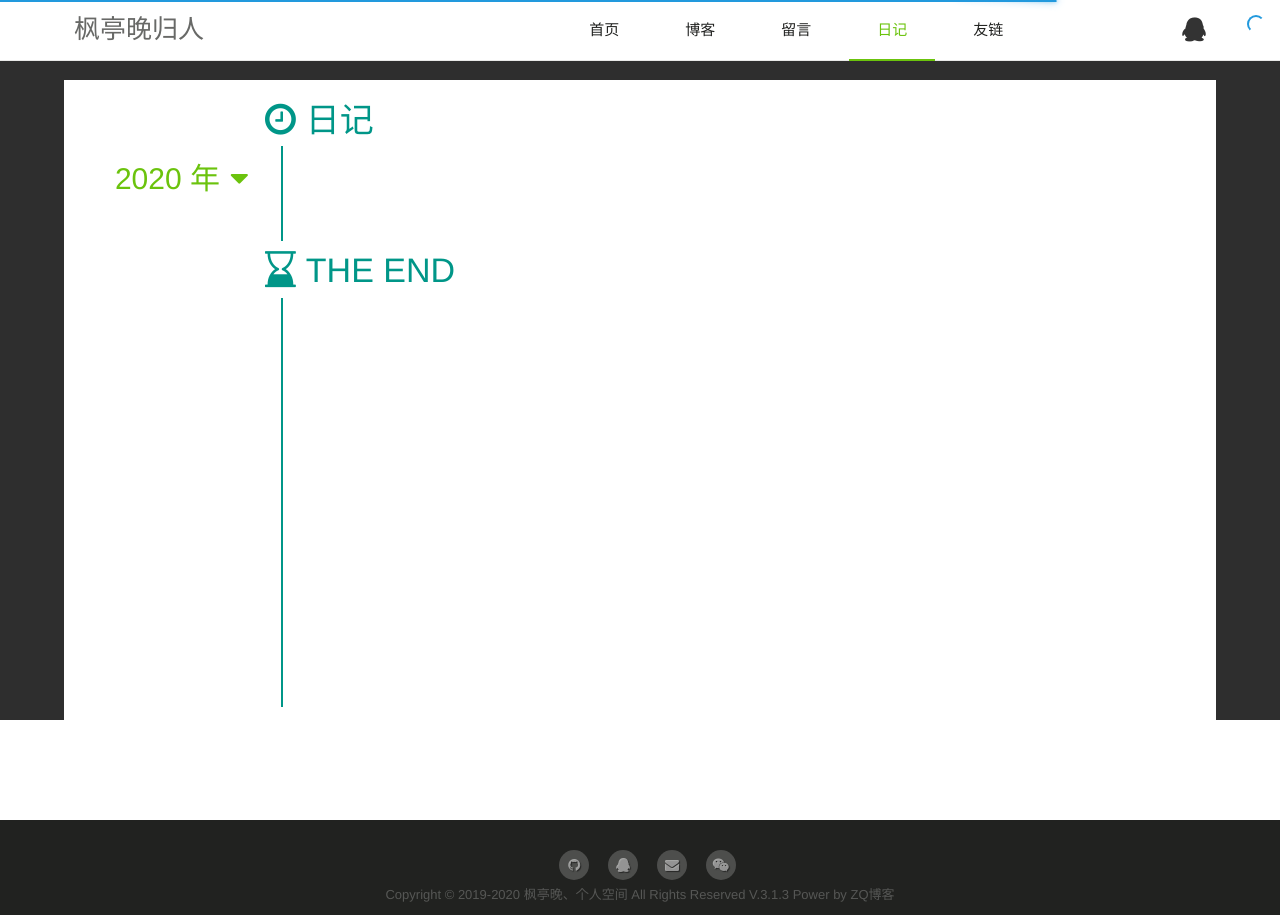
Repository: fengfi9/blog
Page: diary.html
These files come from the project's save history. The page is drawn as it stood at one moment and after the next save; the edit follows.
The browser window is 1280 px wide. The pictures show the whole page.

Above is the page before, as saved 2020-10-22 15:03:42.
Console error: SyntaxError: Unexpected token '<'

### diary.html
<!DOCTYPE html>
<html>

<head>
    <meta charset="utf-8" />
    <meta http-equiv="X-UA-Compatible" content="IE=edge,chrome=1" />
    <meta name="renderer" content="webkit">
    <meta name="viewport" content="width=device-width" />
    <meta name="author" content="www.lzqcode.com" />
    <meta name="robots" content="all" />
    <title>日记</title>
    <link rel="stylesheet" href="font-awesome/css/font-awesome.min.css">
    <link rel="stylesheet" href="layui/css/layui.css" />
    <link rel="stylesheet" href="css/master.css" />
    <link rel="stylesheet" href="css/gloable.css" />
    <link rel="stylesheet" href="css/nprogress.css" />
    <link rel="stylesheet" href="css/timeline.css" />
</head>

<body>
    <div class="header">
    </div>
    <header class="gird-header">
        <div class="header-fixed">
            <div class="header-inner">
                <a href="javascript:void(0)" class="header-logo" id="logo">枫亭晚归人</a>
                <nav class="nav" id="nav">
                    <ul>
                        <li><a href="index.html">首页</a></li>
                        <li><a href="article.html">博客</a></li>
                        <li><a href="message.html">留言</a></li>
                        <li><a href="diary.html">日记</a></li>
                        <li><a href="link.html">友链</a></li>
                    </ul>
                </nav>
                <a href="#" class="blog-user">
                    <i class="fa fa-qq"></i>
                </a>
                <a class="phone-menu">
                    <i></i>
                    <i></i>
                    <i></i>
                </a>
            </div>
        </div>
    </header>
    <div class="doc-container" id="doc-container">
        <div class="container-fixed">
            <div class="timeline-box shadow">
                <div class="timeline-main">
                    <h1><i class="fa fa-clock-o"></i>日记</h1>
                    <div class="timeline-line"></div>
                    <div class="timeline-year">
                        <h2><a class="yearToggle">2020 年</a><i class="fa fa-caret-down fa-fw"></i></h2>
                        <div class="timeline-month">
                            <ul>


                            </ul>
                        </div>
                    </div>
                    <h1 style="padding-top:4px;padding-bottom:2px;margin-top:40px;"><i
                            class="fa fa-hourglass-end"></i>THE END</h1>
                </div>
            </div>
        </div>
    </div>
    <footer class="grid-footer">
        <div class="footer-fixed">
            <div class="copyright">
                <div class="info">
                    <div class="contact">
                        <a href="javascript:void(0)" class="github" target="_blank"><i class="fa fa-github"></i></a>
                        <a href="#" class="qq" target="_blank"><i class="fa fa-qq"></i></a>
                        <a href="#" class="email" target="_blank"><i class="fa fa-envelope"></i></a>
                        <a href="javascript:void(0)" class="weixin"><i class="fa fa-weixin"></i></a>
                    </div>
                    <p class="mt05">
                        Copyright &copy; 2019-2020 枫亭晚、个人空间 All Rights Reserved V.3.1.3 Power by ZQ博客
                    </p>
                </div>
            </div>
        </div>
    </footer>
    <script src="layui/layui.js"></script>
    <script src="js/yss/gloable.js"></script>
    <script src="js/plugins/nprogress.js"></script>
    <script src="js/love.js"></script>
    <script>
        NProgress.start();
    </script>
    <script src="js/pagediary.js"></script>
    <script>
        window.onload = function () {
            NProgress.done();
        };
        <li>
            <div class="h4 animated fadeInLeft">
                <p class="date">06月1日</p>
            </div>
            <p class="dot-circle animated "><i class="fa fa-dot-circle-o"></i></p>
            <div class="content animated fadeInRight">
                <p>博客正式上线，这也是我第一个网站。&nbsp; &nbsp;--2020年6月1号</p>
            </div>
            <div class="clear"></div>
        </li>
        // 循环日记
        var diaryS = [
            {
                time:"6月1日",
                content:"博客正式上线，这也是我第一个网站。"
            },
            {
                time:"6月1日",
                content:"博客正式上线，这也是我第一个网站。"
            },
            {
                time:"6月1日",
                content:"博客正式上线，这也是我第一个网站。"
            },
            {
                time:"6月1日",
                content:"博客正式上线，这也是我第一个网站。"
            },
            {
                time:"6月1日",
                content:"博客正式上线，这也是我第一个网站。"
            },
            {
                time:"6月1日",
                content:"博客正式上线，这也是我第一个网站。"
            }
        ];
        $.each(diaryS,function(i,val){
            var diaryCont = "<li>"+
                                "<div class='h4 animated fadeInLeft'>"+
                                    "<p class='date'>"+val.time+"</p>"+
                                "</div>"+
                                "<p class='dot-circle animated'><i class='fa fa-dot-circle-o'></i></p>"+
                                "<div class='content animated fadeInRight'>"+
                                    "<p>"+val.content+"</p>"+
                                "</div>"+
                                "<div class='clear'></div>"+
                            "</li>"
            $(".timeline-month ul").append(diaryCont)
        })
    </script>
</body>

</html>

### css/master.css
.header{
	margin: 0 auto;
	width: 100%;
	height: 100%;
	background-color: #2E2E2E;
	position: fixed!important;
	background-size: 100% 100%
}
*{margin:0;padding:0}
a,img{text-decoration:none;border:none}
button,input,textarea{outline:0;border:none;font:14px/1.5 "Microsoft YaHei","微软雅黑","Helvetica Neue","Hiragino Sans GB",Helvetica,Tahoma,sans-serif;color:#515250}
h4{font-size:20px}
li{list-style:none}
body,html{background-color:rgba(255,255,255,.5);font:14px/1.5 "Helvetica neue",Helvetica,Tahoma,"lantinghei sc","Microsoft Yahei",sans-serif;color:#515250;-webkit-font-smoothing:antialiased;-webkit-backface-visibility:hidden;overflow-x:hidden}
.gird-header{width:100%;min-height:60px;position:fixed;background-color:rgba(255,255,255,1);z-index:11002;top:0;left:0;border-bottom:1px solid #e8e9e7;font-size:14px}
.container-fixed,.footer-fixed,.header-fixed{width:1280px;margin-left:auto;margin-right:auto;position:relative}
.header-inner{margin-left:10px;margin-right:10px;position:relative}
.header-logo{font-family:BarbaraHand;font-size:40px;color:#444647;text-align:center;position:absolute;left:0;font-family: cursive;color: #686967;text-decoration: none;font-size: 26px;margin-top: 10px;}
.nav{display:block;position:absolute;right:15%}
.nav li{display:block;float:left;margin:10px 5px;position:relative}
.nav li:before{width:0;height:2px;position:absolute;bottom:-11px;left:50%;background-color:#6bc30d;content:"";transition:all .6s;z-index:-1}
.nav li a{display:block;line-height:32px;padding:4px 28px;color:#212220;font-weight:400;font-size:15px;text-shadow:0 1px 0 rgba(255,255,255,.2);-webkit-transition:all .2s;transition:all .2s}
.nav .current:before{width:100%;left:0}
.nav .current a{color:#6bc30d}
.blog-user{position:absolute;line-height:60px;font-size:24px}
.blog-user>img{border-radius:50%;width:40px;height:40px}
.phone-menu{width:50px;height:50px;display:inline-block;position:absolute;cursor:pointer;right:0;top:5px}
.phone-menu i{background:#787977;display:inline-block;width:22px;height:2px;position:absolute;left:14px}
.phone-menu i:nth-of-type(1){top:18px}
.phone-menu i:nth-of-type(2){top:25px}
.phone-menu i:nth-of-type(3){top:32px}
.grid-footer{background-color:#212220;color:#919290;font-size:14px;padding:20px 0 0 0;position:relative;zoom:1;clear:both;line-height:20px;margin-top:40px;overflow:hidden}
.copyright{padding:10px 0 10px 0}
.copyright .info{position:relative;text-align:center}
.copyright p{color:#565755;font-size:13px}
.copyright .contact a{display:inline-block;width:30px;height:30px;background-color:rgba(255,255,255,.2);text-align:center;line-height:30px;text-shadow:1px 1px 1px rgba(0,0,0,.5);font-size:14px;margin-left:15px;margin-right:0;border-radius:100%;text-decoration:none;color:rgba(255,255,255,.5);-webkit-transition:all .3s;transition:all .3s}
.copyright .contact a:hover{color:#fff}
.copyright .contact .github:hover{background-color:#b952c5}
.copyright .contact .qq:hover{background-color:#d25744}
.copyright .contact .email:hover{background-color:#668f20}
.copyright .contact .weixin:hover{background-color:#06a2c9}
.doc-container{position:relative;padding-top:60px;-webkit-transition:all .2s;transition:all .2s;min-height:100vh}
.lo{width:250px;height:60px;padding:10px 15px;clear:both;border-radius:4px}
.lo input{margin-left:15px;border:1px solid #e8e9e7}
.lo button{margin-top:10px;padding:5px 15px;cursor:pointer}
.lo .waiting{padding:5px 15px;font-family:FontAwesome;font-style:normal;text-rendering:auto;font-size:20px;display:none}
.lo .waiting:before{content:"\f110";-webkit-animation:spin 2s infinite linear;animation:spin 2s infinite linear}
.artcle{transition:animation .3s linear}
.zoomIn{animation:zoomIn 1s both}
@keyframes zoomIn{0%{opacity:0;-webkit-transform:scale3d(.3,.3,.3);transform:scale3d(.3,.3,.3)}
50%{opacity:1}
}

@-webkit-keyframes spin{0%{-webkit-transform:rotate(0)}
100%{-webkit-transform:rotate(359deg)}
}
@keyframes spin{0%{transform:rotate(0)}
100%{transform:rotate(359deg)}
}
@media screen and (min-width:1025px){.blog-user{right:0}
.phone-menu{display:none}
.nav{display:block!important}
}
@media screen and (max-width:1366px){.container-fixed,.footer-fixed,.header-fixed{width:90%}
.phone-menu{display:none}
.nav{display:block}
}
@media screen and (max-width:1024px){.header-logo{left:25%;width:50%}
.nav{position:fixed;top:60px;left:0;right:0}
.container-fixed,.footer-fixed,.header-fixed{width:90%}
.phone-menu{display:block}
.nav{display:none;width:100%;background:rgba(255,255,255,1)}
.nav li:before{bottom:0;z-index:10}
.nav li{float:none;border-bottom:1px solid #e8e9e7}
.nav li:last-child{border:0}
}
@font-face{font-family:BarbaraHand;src:url(../font/barbarahand-webfont.eot);src:url(../font/barbarahand-webfont.eot?#iefix) format('embedded-opentype'),url(../font/barbarahand-webfont.woff2) format('woff2'),url(../font/barbarahand-webfont.woff) format('woff'),url(../font/barbarahand-webfont.ttf) format('truetype'),url(../font/barbarahand-webfont.svg#BarbaraHand) format('svg');font-weight:400;font-style:normal}

### css/gloable.css
.f-oh{
    overflow: hidden;
    zoom: 1;
    clear: both;
}
.f-oh a{
    margin-right: 30px;
    color: #565755;
}
.f-oh a:hover{
    text-decoration:underline;
    color:#6bc30d;
}

.fs-12{
    font-size:12px;
}
.fs-14{
    font-size:14px;
}
.fs-16,h6{
    font-size:16px;
}
.fs-18{
    font-size:18px;
}
.fs-24{
    font-size:24px;
}
.fs-32{
    font-size:32px;
}
.f-fr{
    float:right;
}
.fc-blue{
    color: #2ea7e0;
}
.fc-black{
    color:#383937
}
.fc-grey{
    color:#787977;
}
.fc-red{
    color:#ff4351;
}
.f-fwb{
    font-weight:bold;
}
.f-fwn{
    font-weight:normal;
}
.f-fl{
    float:left;
}
.f-vam{
    vertical-align:middle;
}
/*.f-ff-icon{
    font-family:"FontAwesome";
    font-style:normal;
    text-rendering:auto;
}*/
.f-fr{
    float:right;
}
.mt05{
    margin-top:5px;
}
.mt10{
    margin-top:10px;
}
.mt20{
    margin-top:20px;
}
.ml05{
    margin-left:5px;
}
.ml10{
    margin-left:10px;
}
.ml20{
    margin-left:20px;
}
.mr05{
    margin-right:5px;
}
.f-noneselect{
    -webkit-user-select: none;
    user-select: none;
}
.fc-link{
    color: #3e8bc7 !important;
}

.f-cb,.f-cb:after{
    display: block;
    content: " ";
    height: 0;
    visibility: hidden;
    clear: both;
}
.img-light{
    position:relative;
}
.img-light:after {
    content: "";
    height: 100%;
    width: 100px;
    -webkit-transform: skewX(-25deg) translateZ(0);
    transform: skewX(-25deg) translateZ(0);
    background-image: linear-gradient(90deg,hsla(0,0%,100%,0),hsla(0,0%,100%,.3) 50%,hsla(0,0%,100%,0));
    position: absolute;
    left: -160%;
    top: 0;
    z-index: 2;
}
.img-light:hover:after {
    transition: left 1s ease-in-out;
    left: 160%;
}
.grid-page{
    font-size:0;
}
.grid-page a[href]:hover,.grid-page a.p-current{
    color: #fff;
    background-color: #787977;
    text-decoration: none;
}
.grid-page a{
    display: inline-block;
    width: 32px;
    height: 32px;
    line-height: 32px;
    text-align: center;
    font-size: 14px;
    background-color: #fff;
    margin: 0 3px;
    transition: all .3s ease-out;
    cursor: default;
    border-radius: 3px;
    box-shadow: 0 1px 3px rgba(0,0,0,.06);
    color: #787977;
}
.grid-page a.p-current{
    background-color: #6bc30d;
    border-radius: 3px;
}
.grid-page a[href]{
    cursor:pointer;
}
.grid-page a.more{
    background-color: transparent;
    color: #787977;
    cursor: default;
    text-shadow: 0 1px 0 rgba(255,255,255,.6);
}

.checkbox-check {}
.checkbox-label{
    display: inline-block;
    width: 46px;
    height: 26px;
    background-color: #f1f2f0;
    border-radius: 26px;
    vertical-align: middle;
    border: 1px solid #e8e9e7;
    position: relative;
    font-size: 0;
    cursor: pointer;
    transition: all .3s ease;
}
.checkbox-label:after{
    content: '';
    display: inline-block;
    width: 26px;
    height: 26px;
    border: 1px solid #e8e9e7;
    background-color: #fff;
    border-radius: 100%;
    position: absolute;
    top: -1px;
    left: 0;
    transition: all .3s ease;
}
.checkbox-check:checked~.checkbox-label{
    background-color: #6bc30d;
    border-color: #6bc30d;
}
.checkbox-check:checked~.checkbox-label:after{
    transform: translate3d(20px,0,0);
    border-color: #6bc30d;
}

.u-label {
    display: inline-block;
    border: 1px solid #e8e9e7;
    padding: 5px;
    overflow: hidden;
    position: relative;
    vertical-align: middle;
    transition: background-color .3s;
}
.u-label.input{
    padding: 0 5px 0 30px;
    min-width: 140px;
    background-color: #fff;
}
.u-label.button{
    border: none;
    padding: 0;
}
.u-btn-sub{
    border: none;
    display: inline-block;
    height: 24px;
    line-height: 24px;
    padding: 6px 0;
    text-align: center;
    width: 90px;
    background-color: #70ca10;
    color: #fff;
    -webkit-transition: all .3s;
    transition: all .3s;
    box-sizing: content-box;
    text-decoration: none!important;
}

### css/nprogress.css
/* Make clicks pass-through */
#nprogress {
  pointer-events: none;
}

#nprogress .bar {
  background: #29d;

  position: fixed;
  z-index: 99999;
  top: 0;
  left: 0;

  width: 100%;
  height: 2px;
}

/* Fancy blur effect*/
#nprogress .peg {
  display: block;
  position: absolute;
  right: 0px;
  width: 100px;
  height: 100%;
  box-shadow: 0 0 10px #29d, 0 0 5px #29d;
  opacity: 1.0;

  -webkit-transform: rotate(3deg) translate(0px, -4px);
      -ms-transform: rotate(3deg) translate(0px, -4px);
          transform: rotate(3deg) translate(0px, -4px);
}

/* Remove these to get rid of the spinner */
#nprogress .spinner {
  display: block;
  position: fixed;
  z-index: 99999;
  top: 15px;
  right: 15px;
}

#nprogress .spinner-icon {
  width: 18px;
  height: 18px;
  box-sizing: border-box;

  border: solid 2px transparent;
  border-top-color: #29d;
  border-left-color: #29d;
  border-radius: 50%;

  -webkit-animation: nprogress-spinner 400ms linear infinite;
          animation: nprogress-spinner 400ms linear infinite;
}

.nprogress-custom-parent {
  overflow: hidden;
  position: relative;
}

.nprogress-custom-parent #nprogress .spinner,
.nprogress-custom-parent #nprogress .bar {
  position: absolute;
}

@-webkit-keyframes nprogress-spinner {
  0%   { -webkit-transform: rotate(0deg); }
  100% { -webkit-transform: rotate(360deg); }
}
@keyframes nprogress-spinner {
  0%   { transform: rotate(0deg); }
  100% { transform: rotate(360deg); }
}

### css/timeline.css
.clear {
    clear: both;
}
.timeline-box {
    background: #fff;
    padding: 8px;
    position: relative;
    min-height: 90vh;
    margin-top:20px;
}
.timeline-main {
    position: relative;
    min-height: 85vh;
}

    .timeline-main > h1 {
        font-size: 18px;
        background: #fff;
        z-index: 1;
        position: relative;
        color: #484348;
        margin-left: 33%; /*畇못꼇連넣 calc()돨啞응포*/
        margin-left: -moz-calc(35% - 7px);
        margin-left: -webkit-calc(35% - 7px);
        margin-left: calc(35% - 7px);
    }

        .timeline-main > h1 > i {
            padding-right: 10px;
            font-size: 20px;
        }

        .timeline-main > h1 > span {
            display: none;
        }

    .timeline-main h2,
    .timeline-main h3 {
        width: 31%;
        text-align: right;
    }

        .timeline-main h2,
        .timeline-main h2 > a {
            font-size: 16px;
            margin: 5px 0;
            color: #6bc30d;
        }

        .timeline-main h3,
        .timeline-main h3 > a {
            font-size: 14px;
            margin: 2px 0;
            color: #FF5722;
        }

.timeline-month > ul > li {
    padding: 10px 0;
}

    .timeline-month > ul > li .h4 {
        display: inline-block;
        width: 31%;
        text-align: right;
        float: left;
    }

.date {
    display: inline-block;
    padding: 2px 5px;
    color: #484348;
    font-size: 15px;
    margin-top:5px;
}

.dot-circle {
    color: #009688;
    width: 8%;
    text-align: center;
    font-size: 22px;
    z-index: 1;
    position: relative;
    background: #fff;
    float: left;
}

.content {
    max-width: 50%;
    float: left;
    padding: 10px;
    margin-left: 10px;
    position: relative;
    z-index: 1;
    background: #009688;
    color: #fff;
}
    .content img{width:100%}
    .content::before {
        position: absolute;
        left: -20px;
        top: 6px;
        height: 0;
        width: 0;
        content: '';
        border: 10px solid rgba(255, 255, 255, 0.00);
        border-top: 6px solid rgba(255, 255, 255, 0.00);
        border-bottom: 6px solid rgba(255, 255, 255, 0.00);
        border-right-color: #009688;
    }

.timeline-line {
    position: absolute;
    left: 35%;
    top: 0;
    height: 100%;
    width: 2px;
    background: #009688;
    z-index: 0;
}

.timeline-year {
    margin: 10px 0;
}



/* 鬼팁캥（틱겼，댕黨된黨 768px） */
@media (min-width: 768px) {
    .timeline-box {
        background: #fff;
        padding: 15px;
        position: relative;
        min-height: 90vh;
    }

    .timeline-main > h1 {
        font-size: 26px;
        margin-left: 16%; /*畇못꼇連넣calc()돨啞응포*/
        margin-left: -moz-calc(18% - 13px);
        margin-left: -webkit-calc(18% - 13px);
        margin-left: calc(18% -13px);
    }

        .timeline-main > h1 > i {
            font-size: 30px;
        }

        .timeline-main > h1 > span {
            display: inline;
        }

    .timeline-main h2,
    .timeline-main h3 {
        width: 16%;
    }

        .timeline-main h2,
        .timeline-main h2 > a {
            font-size: 24px;
        }

        .timeline-main h3,
        .timeline-main h3 > a {
            font-size: 20px;
        }

    .timeline-month > ul > li .h4 {
        width: 16%;
    }

    .dot-circle {
        width: 4%;
        font-size: 22px;
    }

    .content {
        max-width: 70%;
    }

    .timeline-line {
        left: 18%;
    }
}

/* 櫓된팁캥（戮충鞫刻포，댕黨된黨 992px） */
@media (min-width: 992px) {
    .timeline-main > h1 {
        font-size: 34px;
        background: #fff;
        z-index: 1;
        position: relative;
        color: #009688;
        margin-left: 17%; /*畇못꼇連넣calc()돨啞응포*/
        margin-left: -moz-calc(18% - 16px);
        margin-left: -webkit-calc(18% - 16px);
        margin-left: calc(18% - 16px);
    }

        .timeline-main > h1 > i {
            font-size: 36px;
        }

    .timeline-main h2,
    .timeline-main h2 > a {
        font-size: 30px;
    }

    .timeline-main h3,
    .timeline-main h3 > a {
        font-size: 24px;
    }
}

### js/yss/gloable.js
layui.use(['jquery', 'layer', 'util'], function () {
    var $ = layui.jquery,
        layer = layui.layer,
        util = layui.util;
    util.fixbar();
    //导航控制
    master.start($);
});
var slider = 0;
var pathname = window.location.pathname.replace('Read', 'Article');
var master = {};
master.start = function ($) {
    $('#nav li').hover(function () {
        $(this).addClass('current');
    }, function () {
        var href = $(this).find('a').attr("href");
        if (pathname.indexOf(href) == -1) {
            $(this).removeClass('current');
        }
    });
    selectNav();
    function selectNav() {
        var navobjs = $("#nav a");
        $.each(navobjs, function () {
            var href = $(this).attr("href");
            if (pathname.indexOf(href) != -1) {
                $(this).parent().addClass('current');
            }
        });
    };
    $('.phone-menu').on('click', function () {
        $('#nav').toggle(500);
    });
    $(".blog-user img").hover(function () {
        var tips = layer.tips('点击退出', '.blog-user', {
            tips: [3, '#009688'],
        });
    }, function () {
        layer.closeAll('tips');
    })
};

### layui/lay/modules/flow.js
/** layui-v2.2.6 MIT License By https://www.layui.com */
 ;layui.define("jquery",function(e){"use strict";var l=layui.$,o=function(e){},t='<i class="layui-anim layui-anim-rotate layui-anim-loop layui-icon ">&#xe63e;</i>';o.prototype.load=function(e){var o,i,n,r,a=this,c=0;e=e||{};var f=l(e.elem);if(f[0]){var m=l(e.scrollElem||document),u=e.mb||50,s=!("isAuto"in e)||e.isAuto,v=e.end||"没有更多了",y=e.scrollElem&&e.scrollElem!==document,d="<cite>加载更多</cite>",h=l('<div class="layui-flow-more"><a href="javascript:;">'+d+"</a></div>");f.find(".layui-flow-more")[0]||f.append(h);var p=function(e,t){e=l(e),h.before(e),t=0==t||null,t?h.html(v):h.find("a").html(d),i=t,o=null,n&&n()},g=function(){o=!0,h.find("a").html(t),"function"==typeof e.done&&e.done(++c,p)};if(g(),h.find("a").on("click",function(){l(this);i||o||g()}),e.isLazyimg)var n=a.lazyimg({elem:e.elem+" img",scrollElem:e.scrollElem});return s?(m.on("scroll",function(){var e=l(this),t=e.scrollTop();r&&clearTimeout(r),i||(r=setTimeout(function(){var i=y?e.height():l(window).height(),n=y?e.prop("scrollHeight"):document.documentElement.scrollHeight;n-t-i<=u&&(o||g())},100))}),a):a}},o.prototype.lazyimg=function(e){var o,t=this,i=0;e=e||{};var n=l(e.scrollElem||document),r=e.elem||"img",a=e.scrollElem&&e.scrollElem!==document,c=function(e,l){var o=n.scrollTop(),r=o+l,c=a?function(){return e.offset().top-n.offset().top+o}():e.offset().top;if(c>=o&&c<=r&&!e.attr("src")){var m=e.attr("lay-src");layui.img(m,function(){var l=t.lazyimg.elem.eq(i);e.attr("src",m).removeAttr("lay-src"),l[0]&&f(l),i++})}},f=function(e,o){var f=a?(o||n).height():l(window).height(),m=n.scrollTop(),u=m+f;if(t.lazyimg.elem=l(r),e)c(e,f);else for(var s=0;s<t.lazyimg.elem.length;s++){var v=t.lazyimg.elem.eq(s),y=a?function(){return v.offset().top-n.offset().top+m}():v.offset().top;if(c(v,f),i=s,y>u)break}};if(f(),!o){var m;n.on("scroll",function(){var e=l(this);m&&clearTimeout(m),m=setTimeout(function(){f(null,e)},50)}),o=!0}return f},e("flow",new o)});

Loaded but not shown: font-awesome/css/font-awesome.min.css (library); layui/css/layui.css (library); layui/layui.js (library); js/plugins/nprogress.js (library); js/pagediary.js (common file); layui/lay/modules/jquery.js (library); layui/lay/modules/layer.js (library); layui/css/modules/layer/default/layer.css (library); js/love.js (64 lines, source omitted); layui/lay/modules/util.js (2 lines, source omitted)

After the next save:
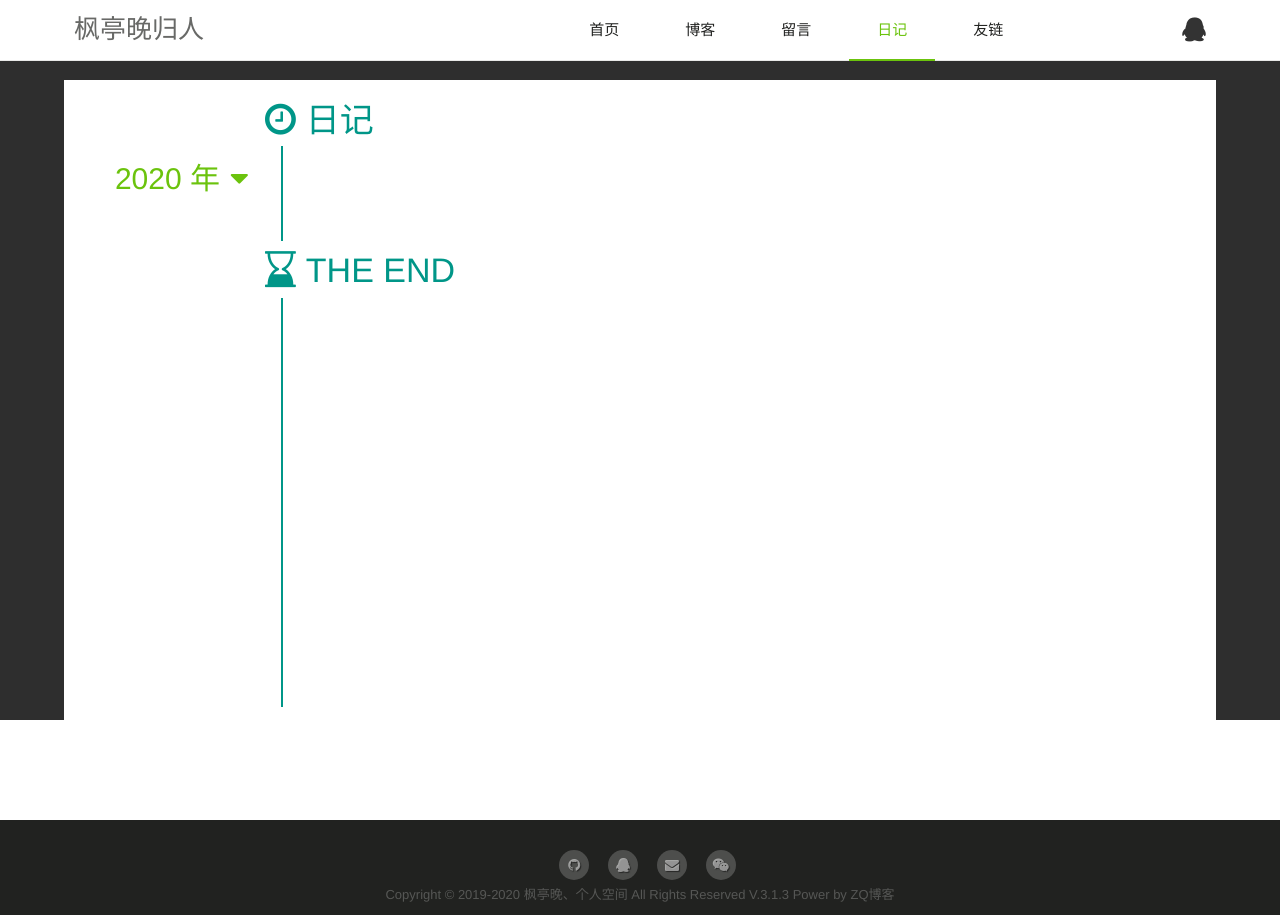
Console error: ReferenceError: $ is not defined
Saved 19 s later.
--- a/diary.html
+++ b/diary.html
@@ -94,16 +94,6 @@
         window.onload = function () {
             NProgress.done();
         };
-        <li>
-            <div class="h4 animated fadeInLeft">
-                <p class="date">06月1日</p>
-            </div>
-            <p class="dot-circle animated "><i class="fa fa-dot-circle-o"></i></p>
-            <div class="content animated fadeInRight">
-                <p>博客正式上线，这也是我第一个网站。&nbsp; &nbsp;--2020年6月1号</p>
-            </div>
-            <div class="clear"></div>
-        </li>
         // 循环日记
         var diaryS = [
             {
